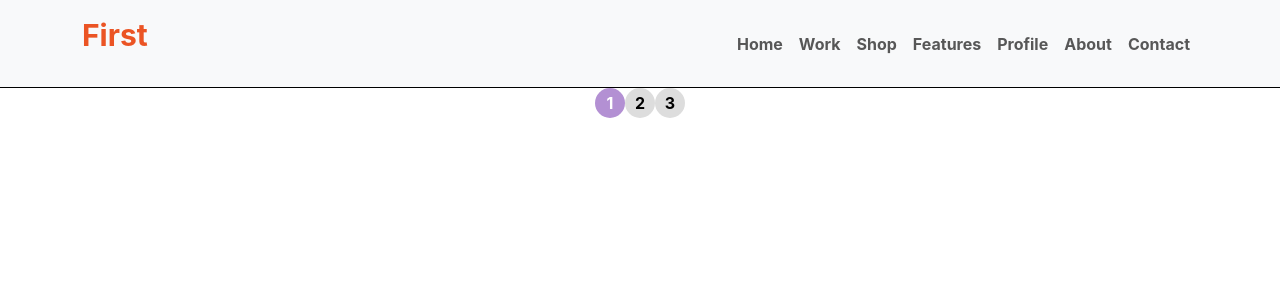
Repository: Hager-h/temple
Page: /contact
The author's editor kept a copy of each file at every save. The page is drawn from the files as they stood at one save, then again after the next save.
The browser window is 1280 px wide. The pictures show the whole page.
The project was rebuilt for these pictures with package versions that can differ from the ones it lists, and the page was loaded fresh each time. Also part of the build but not shown: src/components/work/work.css, src/components/hook/Hook.js, src/components/work/Work.js, src/components/hook2/Hook2.js, src/components/portfolio/Portfolio.js, src/components/footer/Footer.js, src/components/social/Social.js, src/components/about/About.js and 10 more.

Above is the page before, as saved 2023-07-19 15:24:10.

### src/index.js
import React from 'react';
import ReactDOM from 'react-dom/client';
import "../node_modules/bootstrap/dist/css/bootstrap.min.css"
import "../node_modules/bootstrap/dist/js/bootstrap.min.js"
import './index.css';

import App from './App';
import reportWebVitals from './reportWebVitals';
import { BrowserRouter } from 'react-router-dom';

const root = ReactDOM.createRoot(document.getElementById('root'));
root.render(
  <BrowserRouter>
  <App />
  </BrowserRouter>
);

// If you want to start measuring performance in your app, pass a function
// to log results (for example: reportWebVitals(console.log))
// or send to an analytics endpoint. Learn more: https://bit.ly/CRA-vitals
reportWebVitals();

### src/App.js
import './App.css';
import Home from "./components/home/Home"
import Contact from "./components/contact/index"
import Nav from "./components/navbar/Nav"
import {Routes,Route} from "react-router-dom"
import Shop from './components/Shop/Shop';
import Card  from './components/card/Card';
function App() {
  return (
    <div className="App">
    <Nav />
    <Routes>
    <Route path="/" element={<Home />} />
    <Route path="/contact" element={<Contact />} />
    <Route path="/shop" element={<Shop />} />
    <Route path="shop/:cardId" element={<Card />} />

    </Routes>




    </div>
  );
}

export default App;

### src/components/contact/index.js
import React from 'react'
import "./contact.css"
export default function Contact() {
  return (
    <div>
      <div className="contact">
      <div className="btn-cont">
      <button className="circle">1</button>
      <button className="circle">2</button>
      <button className="circle">3</button>

        </div>

      </div>


    </div>
  )
}

### src/components/navbar/Nav.js
import React from "react"
import { Link } from 'react-router-dom'

import "./navStyle.css"
export default function Nav() {
  return (



    <nav className="navbar navbar-expand-lg bg-body-tertiary ">
    <div className="container ">
      <p className="navbar-brand logo-text" >First</p>
      <button className="navbar-toggler" type="button" data-bs-toggle="collapse" data-bs-target="#navbarNavAltMarkup" aria-controls="navbarNavAltMarkup" aria-expanded="false" aria-label="Toggle navigation">
        <span className="navbar-toggler-icon"></span>
      </button>
      <div className="collapse navbar-collapse  " id="navbarNavAltMarkup">
        <div className="navbar-nav ms-auto">
          <Link className="nav-link " to="/">Home</Link>
          <Link className="nav-link" to="/work">Work</Link>
          <Link className="nav-link" to="/shop">Shop</Link>
          <Link className="nav-link" to="/feat">Features</Link>
          <Link className="nav-link" to="/profile">Profile</Link>
          <Link className="nav-link" to="/about">About</Link>
          <Link className="nav-link" to="/contact">Contact</Link>
        </div>

      </div>
    </div>
  </nav>

















  )
}

### src/components/contact/contact.css
.circle{
  width:30px;
  height:30px;
  background-color:#ddd;
  border-radius:50%;
  outline:none;
  font-weight:bolder;
border:none;
text-align:center;

}
.circle:first-child{
  background-color: rgb(179, 144, 211);
  color:white;
}
.btns-contact{
  display:flex;
  justify-content:space-between;
  align-items:center;
}

### src/components/navbar/navStyle.css
.navbar {
  background: #fff;
  border-bottom: 1px solid #000;


}




 .logo-text {
  font-size: 30px;
  font-weight: bold;
  color:#eb5424
};
.nav-link{
  font-weight: bolder;}
.nav-link:focus, .nav-link:hover {
  color: #F44336;
}.nav-link:focus, .nav-link:hover {
  color: #F44336;

}
.navbar-nav{
  font-weight: bolder;

}
.navbar-toggler:focus{
  border:2px solid #F44336;
  box-shadow: 0 0 0 #F44336;
}
@media(max-width:570px){
  .text-landing{
    width:100%;
  }
}

### src/components/portfolio/port.css
.port{
  margin-top:30px;
}
.box{position:relative;
  overflow: hidden;


}
 .catgeory{
  display :flex;
  justify-content: center;
  align-items: center;
  margin-top: 30px;

 }
 .catgeory p:not(:last-child){
  margin-right: 22px;
 }
.catgeory p{
  cursor:pointer;
  font-weight: bold;

}
.catgeory p:hover,.orange{
  color: #F44336;
}


  .port-image{
    max-width:100%;

 }
 span{
  border:1px solid #F44336;
  position: absolute;
  top:50%;
  left:50%;
  transform: translate(-50%,-50%);
  -webkit-transform: translate(-50%,-50%);
  -moz-transform: translate(-50%,-50%);
  -ms-transform: translate(-50%,-50%);
  -o-transform: translate(-50%,-50%);
  background-color: aliceblue;
  padding: 8px 8px;
  border-radius: 14px;
  -webkit-border-radius: 14px;
  -moz-border-radius: 14px;
  -ms-border-radius: 14px;
  -o-border-radius: 14px;
  cursor:pointer;
  font-weight:bolder;
  opacity:0;

}
.overlay{
  position: absolute;
  top: 0;
  left: 0;
  bottom: 0;
  right: 0;
  background: rgba(224, 158, 138, 0.5);
  font-size: 15px;
  opacity: 0;
  max-width:100% ;
}
.box:hover .overlay,
.box:hover span{
  opacity: 1;
}

Loaded but not shown: public/index.html (common file); src/index.css (common file); src/reportWebVitals.js (common file); src/App.css (common file)

After the next save:
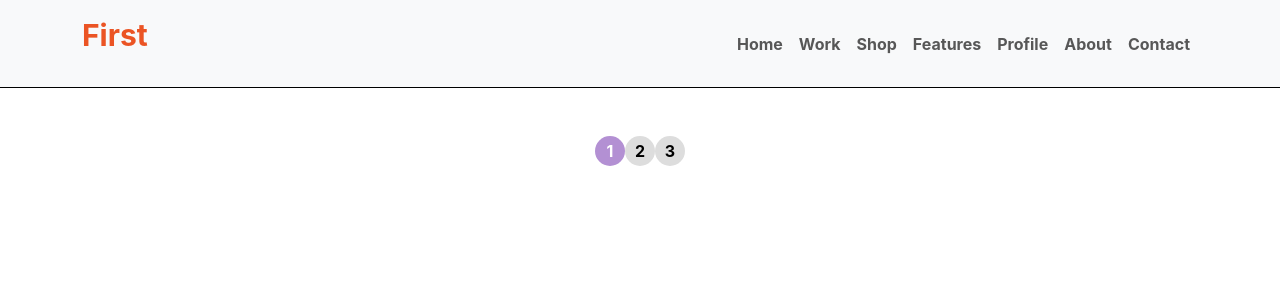
Saved 19 s later.
--- a/src/components/contact/index.js
+++ b/src/components/contact/index.js
@@ -3,7 +3,7 @@ import "./contact.css"
 export default function Contact() {
   return (
     <div>
-      <div className="contact">
+      <div className="contact mt-5">
       <div className="btn-cont">
       <button className="circle">1</button>
       <button className="circle">2</button>
